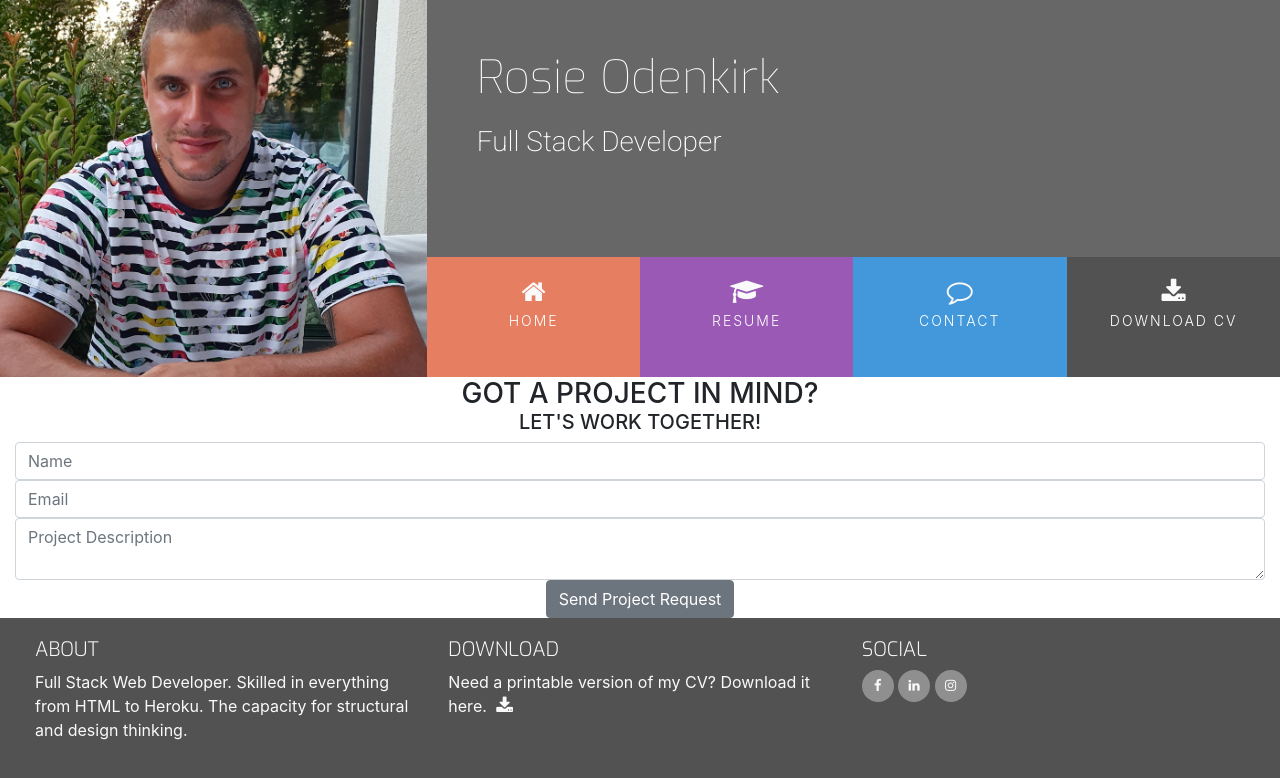
Repository: marcomoreschi/Mini-Project
Page: contact.html
The author's editor kept a record of every edit. The page is drawn from the files as they stood at one moment, then again after the next edit.
The browser window is 1280 px wide. The pictures show the whole page.
Some web libraries are served in a nearby version.

Above is the page before.

After the next edit:
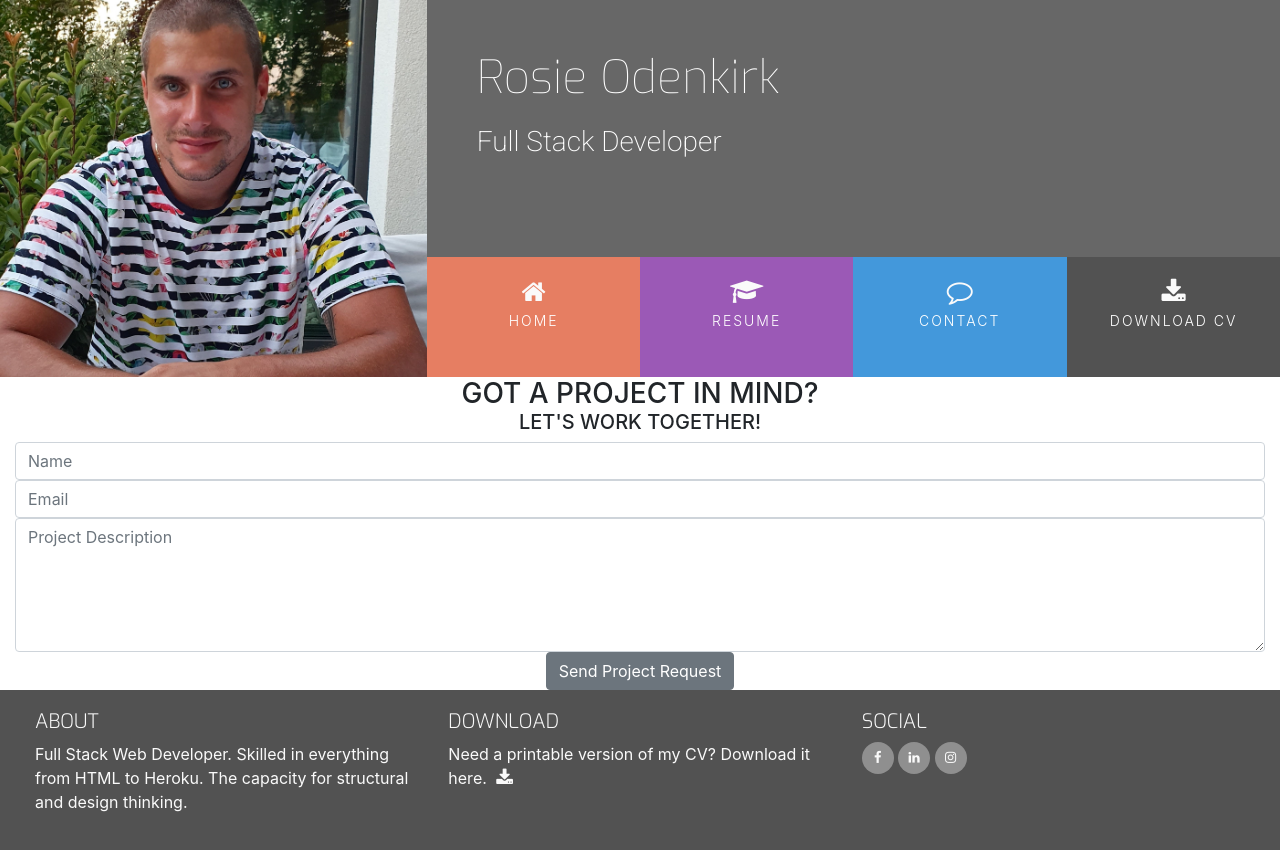
The edit:
--- a/contact.html
+++ b/contact.html
@@ -52,7 +52,7 @@
                     <form>
                         <input type="text" name="name" id="fullname" class="form-control" placeholder="Name" required />
                         <input type="email" name="email" id="fullname" class="form-control" placeholder="Email" required />
-                        <textarea row="5" type="email" name="projectsummary" id="projectsummary" class="form-control" placeholder="Project Description" required></textarea>
+                        <textarea rows="5" type="email" name="projectsummary" id="projectsummary" class="form-control" placeholder="Project Description" required></textarea>
                         <div class="form-row text-center">
                             <div class="col">
                                 <button type="submit" class="btn btn-secondary">Send Project Request</button>
